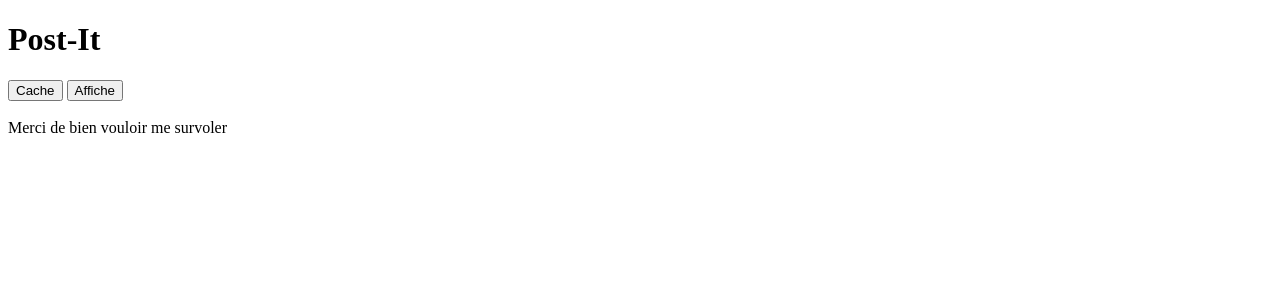
Repository: evalwebmeteofullstack/Gestion_meteo
Page: Notes/Cours + Exercices/Exercices/static/test/5em-code.html
These files come from the project's save history. The page is drawn as it stood at one moment and after the next save; the edit follows.
The browser window is 1280 px wide. The pictures show the whole page.

Above is the page before, as saved 2019-02-04 08:15:43.

After the next save:
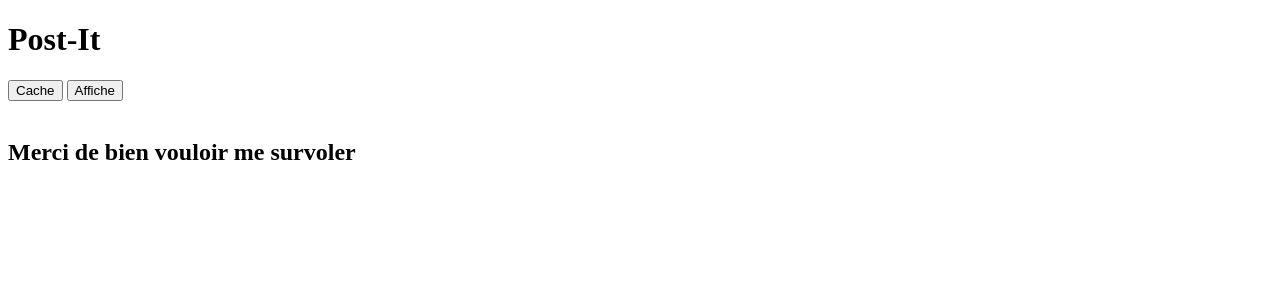
Saved 13 s later.
--- a/Notes/Cours + Exercices/Exercices/static/test/5em-code.html
+++ b/Notes/Cours + Exercices/Exercices/static/test/5em-code.html
@@ -7,7 +7,7 @@
 <input type="button" name="butCache" id="butCach" value="Cache">
 <input type="button" name="butAfficher" id="butAf" value="Affiche">
 <br><br>
-<label>Merci de bien vouloir me survoler</label>
+<h2>Merci de bien vouloir me survoler</h2>
 <script src="test5.js"></script>
 </body>
 </html>

After the save that followed:
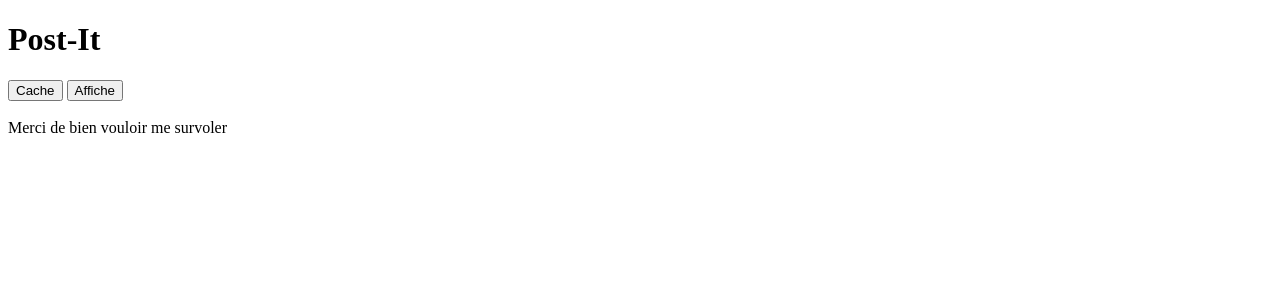
Saved 9 s later.
--- a/Notes/Cours + Exercices/Exercices/static/test/5em-code.html
+++ b/Notes/Cours + Exercices/Exercices/static/test/5em-code.html
@@ -7,7 +7,7 @@
 <input type="button" name="butCache" id="butCach" value="Cache">
 <input type="button" name="butAfficher" id="butAf" value="Affiche">
 <br><br>
-<h2>Merci de bien vouloir me survoler</h2>
+<label>Merci de bien vouloir me survoler</label>
 <script src="test5.js"></script>
 </body>
 </html>
